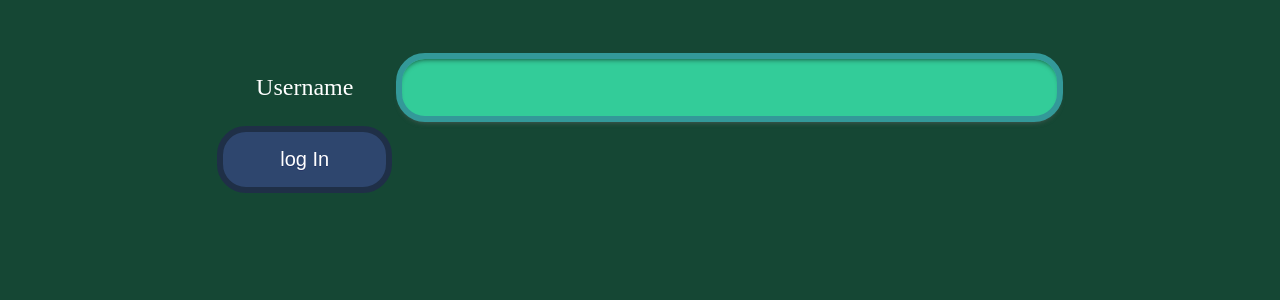
Repository: prajaktamore/Web-Based-Programming-3
Page: http://localhost/BinaryCalculator/submittal.jsp
An editor plug-in stored every save of this project. The page is shown before and after the next save, followed by the edit.
The browser window is 1280 px wide. The pictures show the whole page.
The page is served by Tomcat 9. Other server files are loaded and not shown.

Above is the page before, as saved 2014-04-28 00:28:15.

### BinaryCalculator/WebContent/submittal.jsp
<%@ page language="java" contentType="text/html; charset=ISO-8859-1"
    pageEncoding="ISO-8859-1"%>
<!DOCTYPE html PUBLIC "-//W3C//DTD HTML 4.01 Transitional//EN" "http://www.w3.org/TR/html4/loose.dtd">
<html>
<head>
<meta http-equiv="Content-Type" content="text/html; charset=ISO-8859-1">
<title>Submit Award</title>
<link href="more.css" rel="stylesheet" type="text/css" />

</head>
<body>
<form method="POST" action="Login">
  <table width="page" align="center" >
					<tr>
					  <td height="40" align="center"> <label style="color:#ffffff;font-size:24px" >Username</label> </td>
             			 <td align="center"> <input id="lastname" name="lastname" type="text" style ="background: #33CC99; height:55px; width: 600px;text-align:right;font-size:35px; border-radius: 2em; border:6px solid #339999;border-radius:29px; color: #fff; padding-left: 1.5em; outline: none; box-shadow: 0 4px 6px -5px hsl(0, 0%, 40%), inset 0px 4px 6px -5px hsl(0, 0%, 2%)"/></td>
 					</tr>
  					<tr>
						<td align="center"><input type="submit" name="log" value="log In" style="background-color: #2e466e; color: #ffff; border-radius: 10px;border:6px solid #1f2f47;border-radius:29px;padding:16px 57px;text-shadow:0px 1px 0px #263666;font-size:20px;">
					</tr>
 </table>
 </form>
</body>
</html>

### BinaryCalculator/WebContent/more.css
/*
    author : Prajakta More
    date created : 11 Feb 2014
	Version:  1
    copyright information : Binghamton University
*/

/*Defines style for body tag all fields declared in body tag will follow below style for margins and background*/
body
{
margin-top:50px;
margin-left:50px;
margin-right:50px;
margin-bottom:50px;
background:#154734;
}



input#submit {
    padding: 4px 40px;
    /*give the background a gradient*/
    background:#ffae00; /*fallback for browsers that don't support gradients*/
    background: -webkit-linear-gradient(top, #ffae00, #d67600);
    background: -moz-linear-gradient(top, #ffae00, #d67600);
    background: -o-linear-gradient(top, #ffae00, #d67600);
    background: linear-gradient(top, #ffae00, #d67600);
    border:2px outset #dad9d8;
    /*style the text*/
    font-family:Andika, Arial, sans-serif;
    font-size:1.1em;
    letter-spacing:0.05em;
    text-transform:uppercase;
    color:#fff;
    text-shadow: 0px 1px 10px #000;
    /*add to small curve to the corners of the button*/
    -webkit-border-radius: 15px;
    -moz-border-radius: 15px;
    border-radius: 15px;
    /*give the button a drop shadow*/
    -webkit-box-shadow: rgba(0, 0, 0, .55) 0 1px 6px;
    -moz-box-shadow: rgba(0, 0, 0, .55) 0 1px 6px;
    box-shadow: rgba(0, 0, 0, .55) 0 1px 6px;
    }
    /****NOW STYLE THE BUTTON'S HOVER STATE***/
    input#submit:hover, input#submit:focus {
    border:2px solid #dad9d8;
    }



/*Defines style for table tag all fields declared in table tag will follow below style for border*/
table
{
border: 0px solid #154734;
content-type:text/plain;
charset=iso-8859-1 ;
}
/*Defines style for table data tag all fields declared in table data tag will follow below style for border and text color */
td
{
border: 0px solid #154734;
color:white;
}
/*Defines style for paragraph tag  with class type defined as ex2 all fields declared in paragraph tag will follow below style for font, color, text align*/
p.ex2
{
font:30px arial,sans-serif,centre;
color:#ffffff;
text-align:center;
}
/*Defines style for paragraph tag  with class type defined as ex1 all fields declared in paragraph tag will follow below style for font, color, text align*/
p.ex1
{
font:18px arial,sans-serif,centre;
color:#ffffff;
text-align:center;
}
/*Defines style for img tag all with class name as ex3 fields declared in img tag will
follow below style for margins, background, padding, border, background -color, height, width, float, text- align*/
img.ex3
{
  margin: 5px;
  padding: 5px;
  background-color: #ffffff;
  border: 3px solid #ffffff;
  height: 375px;
  width: 250px;
  float: left;
  text-align: left;
}
/*Defines style for a href tag and its properties for different states as link, visited, hover, active*/
a:link {text-decoration:none;
background-color:#66CCCC;
color:#000000;
}
a:visited {text-decoration:none;
background-color:#9999CC;
color:#660033;
}
a:hover {text-decoration:underline;
background-color:#CC99CC;
color:#000033;
}
a:active {text-decoration:underline;
background-color:#FF99CC;
color:#330000;
}

After the next save:
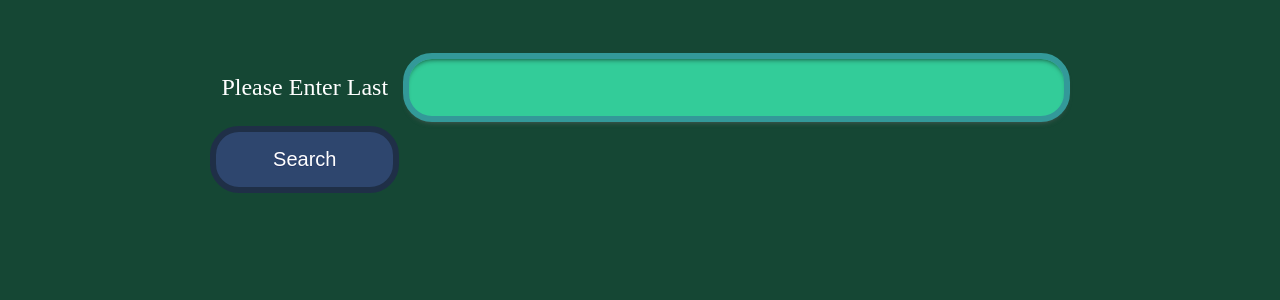
Saved 2 min 53 s later.
--- a/BinaryCalculator/WebContent/submittal.jsp
+++ b/BinaryCalculator/WebContent/submittal.jsp
@@ -12,11 +12,11 @@
 <form method="POST" action="Login">
   <table width="page" align="center" >
 					<tr>
-					  <td height="40" align="center"> <label style="color:#ffffff;font-size:24px" >Username</label> </td>
+					  <td height="40" align="center"> <label style="color:#ffffff;font-size:24px" >Please Enter Last</label> </td>
              			 <td align="center"> <input id="lastname" name="lastname" type="text" style ="background: #33CC99; height:55px; width: 600px;text-align:right;font-size:35px; border-radius: 2em; border:6px solid #339999;border-radius:29px; color: #fff; padding-left: 1.5em; outline: none; box-shadow: 0 4px 6px -5px hsl(0, 0%, 40%), inset 0px 4px 6px -5px hsl(0, 0%, 2%)"/></td>
  					</tr>
   					<tr>
-						<td align="center"><input type="submit" name="log" value="log In" style="background-color: #2e466e; color: #ffff; border-radius: 10px;border:6px solid #1f2f47;border-radius:29px;padding:16px 57px;text-shadow:0px 1px 0px #263666;font-size:20px;">
+						<td align="center"><input type="submit" name="Search" value="Search" style="background-color: #2e466e; color: #ffff; border-radius: 10px;border:6px solid #1f2f47;border-radius:29px;padding:16px 57px;text-shadow:0px 1px 0px #263666;font-size:20px;">
 					</tr>
  </table>
  </form>
